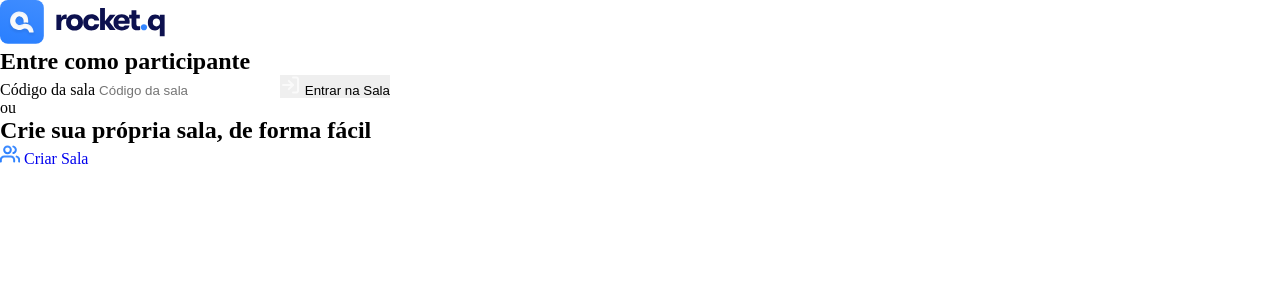
Repository: frnndlima/rocket.q
Page: home.html
These files come from the project's save history. The page is drawn as it stood at one moment and after the next save; the edit follows.
The browser window is 1280 px wide. The pictures show the whole page.

Above is the page before, as saved 2021-08-30 15:02:40.

### home.html
<!DOCTYPE html>
  <head>
    <title>Criar Sala - Rocket.Q</title>
    <link rel="stylesheet" href="styles/global.css" />
    <link rel="stylesheet" href="styles/home.css" />
  </head>
  <body>
    <header>
      <img src="public/images/logo.svg" alt="rocket.q logo"/>
    </header>

    <main>
      <div class="container">
        <section>
          <h2>Entre como participante</h2>
          <form action="">
            <label for="room-id" class="sr-only">Código da sala</label>
            <input type="text" id="room-id" placeholder="Código da sala" />
            <button>
              <img src="public/images/enter-room.svg" alt="Entrar na Sala" />
              Entrar na Sala
            </button>
          </form>
        </section>

        <div class="separator">
          <div></div>
          <div>ou</div>
          <div></div>
        </div>

        <section>
          <h2>Crie sua própria sala, de forma fácil</h2>
          <a href="create-room.html">
            <img src="public/images/users.svg" alt="Criar Sala"> Criar Sala
          </a>
        </section>
      </div>
    </main>
  </body>

</html>

### styles/global.css
* {
  margin: 0;
  padding: 0;
  text-decoration: none;
  box-sizing: border-box;
  border: none;
}

html {
  --black: #0D114F;
  --white: #FAFAFA;
  --red: #E83F5B;
  --light-blue: #E0ECFF;
  --blue: #3485FF;
  --background: #FBFCFF;
  --overlay: #040911;
  --icons-details: #A5B0C1;

  --grey-dark: #4D5E77;
  --grey-blue: #A1B2CD;
  --grey-medium: #D3D9E2;
  --grey-light: #E5EAF1;

  font-size: 1.7
}

Loaded but not shown: styles/home.css (no stored copy; drawn as an empty file)

After the next save:
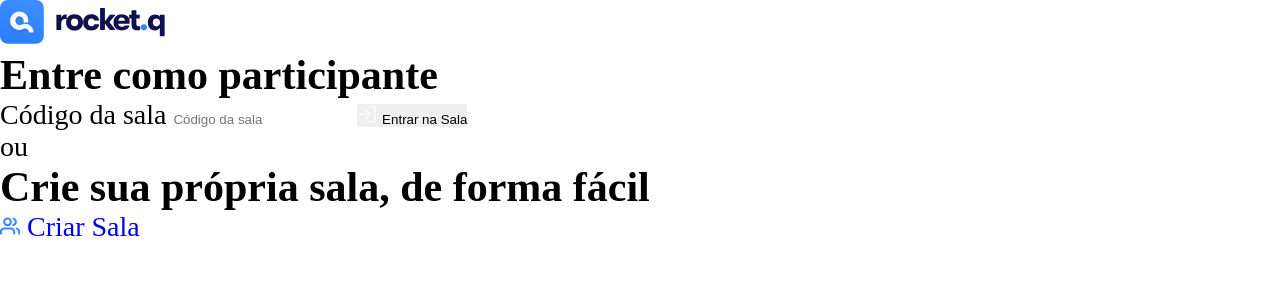
Saved 6 s later.
--- a/styles/global.css
+++ b/styles/global.css
@@ -21,5 +21,5 @@
   --grey-medium: #D3D9E2;
   --grey-light: #E5EAF1;
 
-  font-size: 1.7
+  font-size: 1.75rem;
 }
